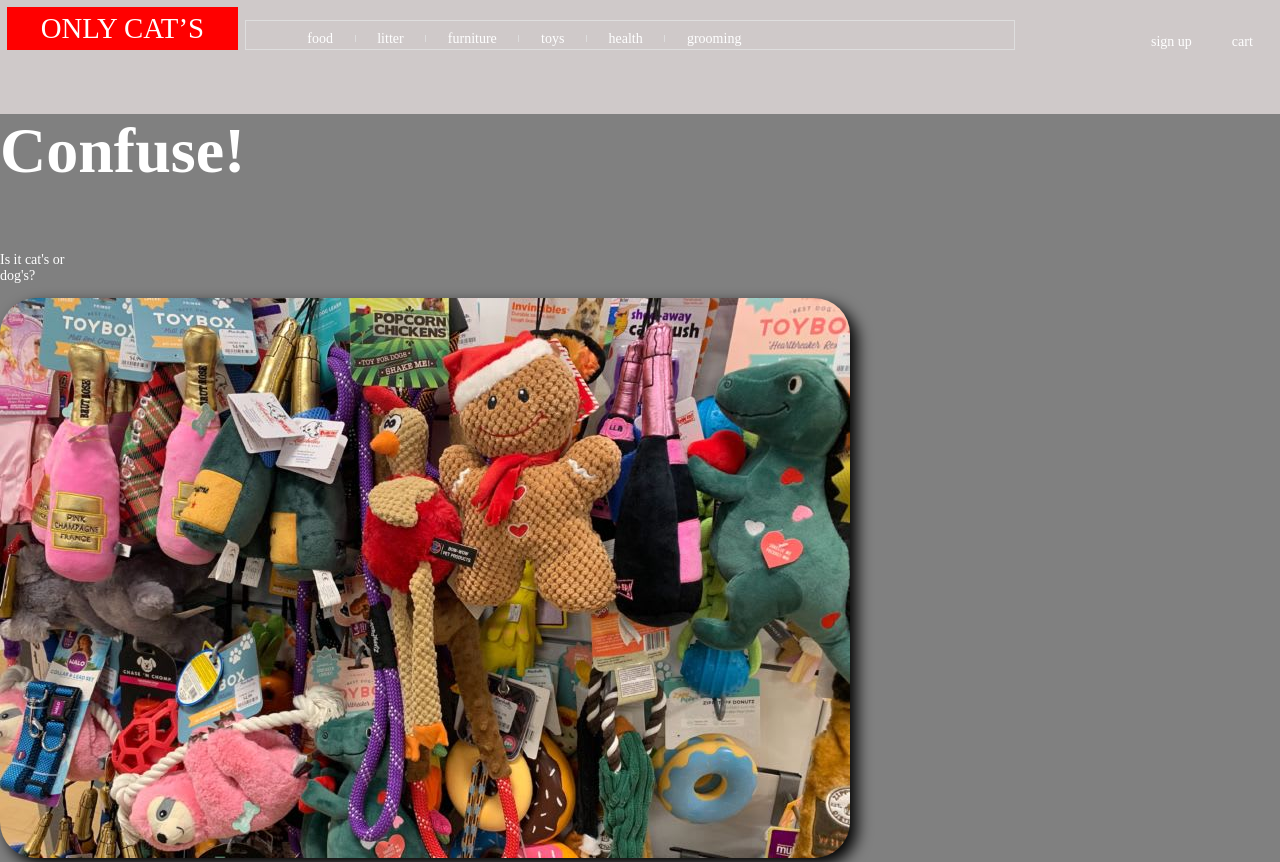
Repository: itson1115/chan_git
Page: cat/index2.html
An editor plug-in stored every save of this project. The page is shown before and after a run of saves, followed by the edit.
The browser window is 1280 px wide. The pictures show the whole page.

Above is the page before, as saved 2021-09-02 04:24:05.

### cat/index2.html
<!DOCTYPE html>
<html lang="ko">
<head>
  <meta charset="UTF-8">
  <meta http-equiv="X-UA-Compatible" content="IE=edge">
  <meta name="viewport" content="width=device-width, initial-scale=1.0">
  <title>Document</title>
  <link rel="stylesheet" href="css/style2.css">
</head>
<body>
  <header>
    <div class="logo">ONLY CAT’S</div>
    <div class="navi">
      <nav>
        <ul>
          <li>food</li>
          <li>litter</li>
          <li>furniture</li>
          <li>toys</li>
          <li>health</li>
          <li>grooming</li>
        </ul>
      </nav>
    </div>
    <div class="my">
      <span>sign up</span><span>cart</span>
    </div>
  </header>
  <section class="container">
    <article class="confuse">
      <h1>Confuse!</h1>
      <p>Is it cat's or<br/>dog's?</p>
      <img src="images/toys.jpg"/>
    </article>
  </section>
</body>
</html>

### cat/css/style2.css
@import url("https://fonts.googleapis.com/css?family=Roboto:700");

:root {
  --title-text-show-delay: 0.5s;
  --title-text-show-duration: 0.5s;
  --title-rect-show-duration: 0.3s;
  --title-cats-show-duration: 0.4s;
  --title-rect-hide-delay: 2s;
}

body {
  margin: 0;
  padding: 0;
  background: #cfc9c9;
  color: white;
  font-size: 14px;
}

header {
  position: relative;
  height: 7vmin;
}

h1 {
  font-size: 4rem;
}

header .logo {
  margin: 1vmin 1vmin;
  float: left;
  width: 18vmax;
  height: 6vmin;
  background: red;
  text-align: center;
  font-size: 1.8rem;
  line-height: 6vmin;
}

header .navi {
  position: absolute;
  bottom: 0;
  border: 1px solid #dedede;
  display: inline-block;
  width: 60vmax;
  height: 4vmin;
  float: left;
}

header nav {
  text-align: center;
  line-height: 1vmin;
}

header nav ul {
  list-style-type: none;
  /* padding-left: 0; */
}

header nav li {
  float: left;
  padding: 0 3vmin;
  border-right: 1px solid #dedede;
}

header nav li:nth-last-child(1) {
  border-right: none;
}

header nav li:hover {
  color: #000;
  cursor: grab;
}

header::after {
  display: block;
  content: "";
  clear: both;
}

header .my {
  position: absolute;
  right: 1vmin;
  bottom: 0;
  display: inline-block;
}
header .my span {
  padding: 0 20px;
}
section.container {
  background: grey;
}

section > article.confuse > img {
  /* border: 3px solid gold; */
  border-radius: 5vmin;
  filter: drop-shadow(1vmin 1vmin 1vmin #000);
}

After the next 2 saves:
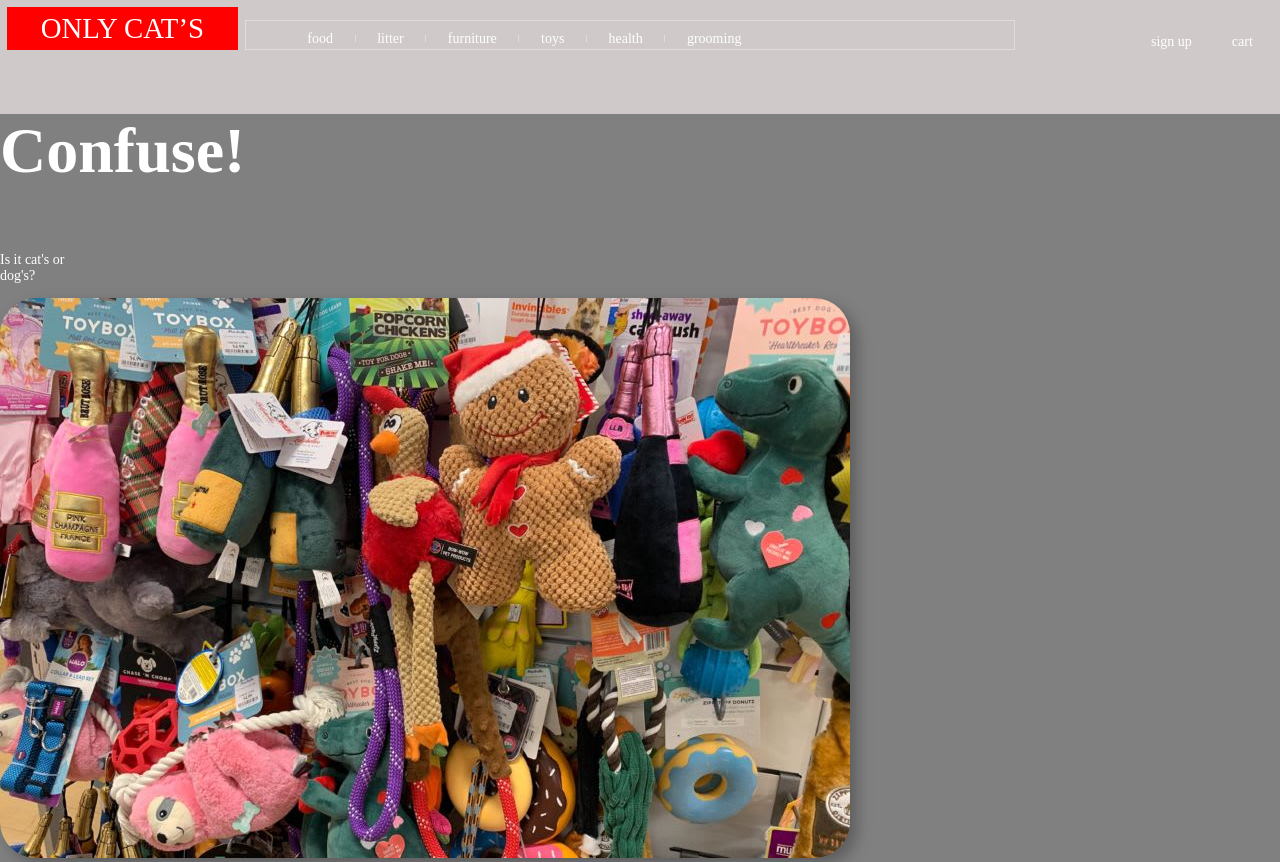
The 2 saves are shown as one change because they came seconds apart.
The last was saved 44 s later.
--- a/cat/css/style2.css
+++ b/cat/css/style2.css
@@ -93,5 +93,5 @@
 section > article.confuse > img {
   /* border: 3px solid gold; */
   border-radius: 5vmin;
-  filter: drop-shadow(1vmin 1vmin 1vmin #000);
+  filter: drop-shadow(1vmin 1vmin 1vmin rgba(0, 0, 0, 0.28));
 }
